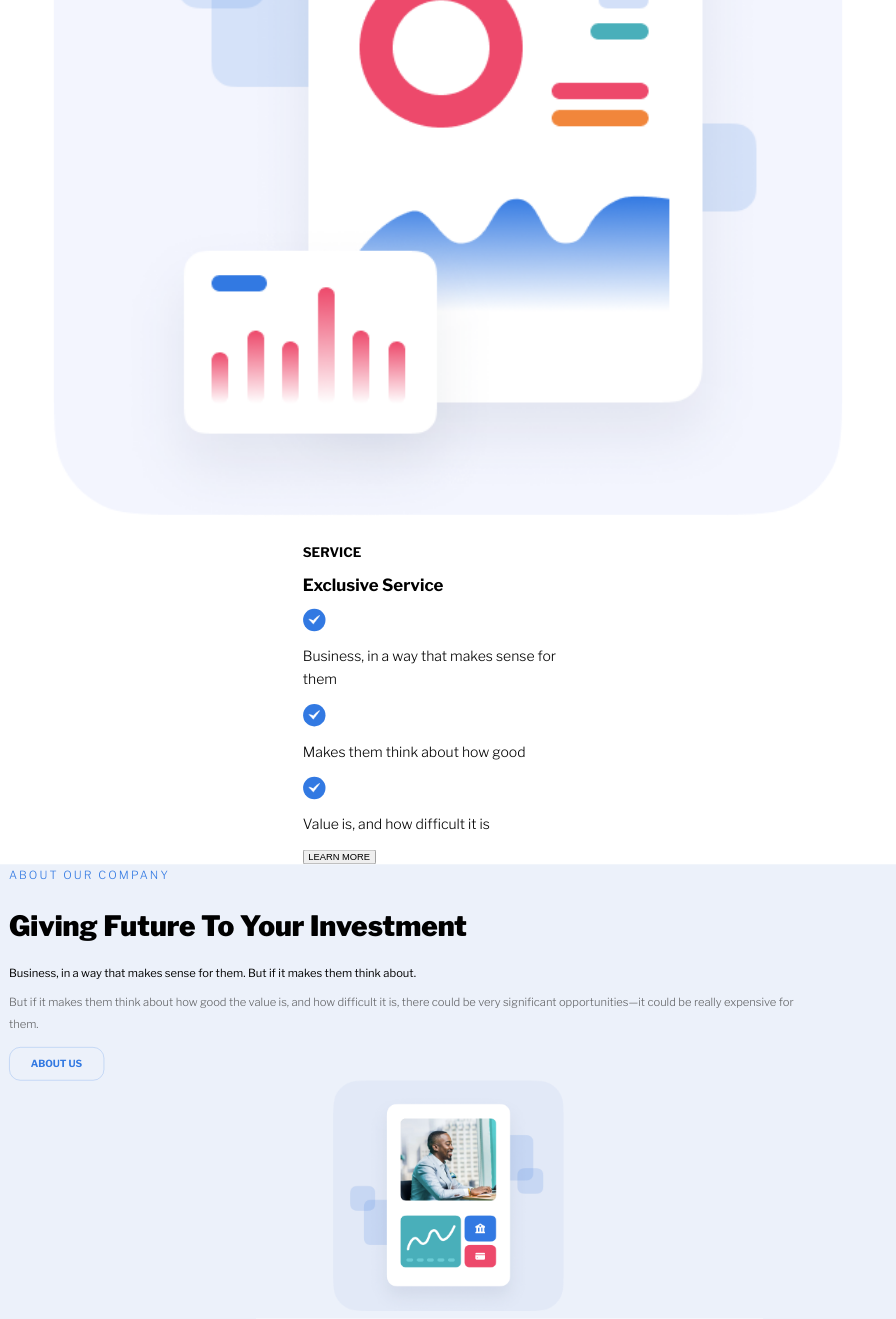
Repository: adryelfelipe/frontend-prova
Page: prova-figma/Prova/index.html
An editor plug-in stored every save of this project. The page is shown before and after a run of saves, followed by the edit.
The browser window is 1280 px wide. The pictures show the part of the page from y = 2034 to 3954 px (the page is 3918 px tall before and 3954 px after), at 70% of full size.

Above is the page before, as saved 2026-06-22 19:19:40.

After the next 3 saves:
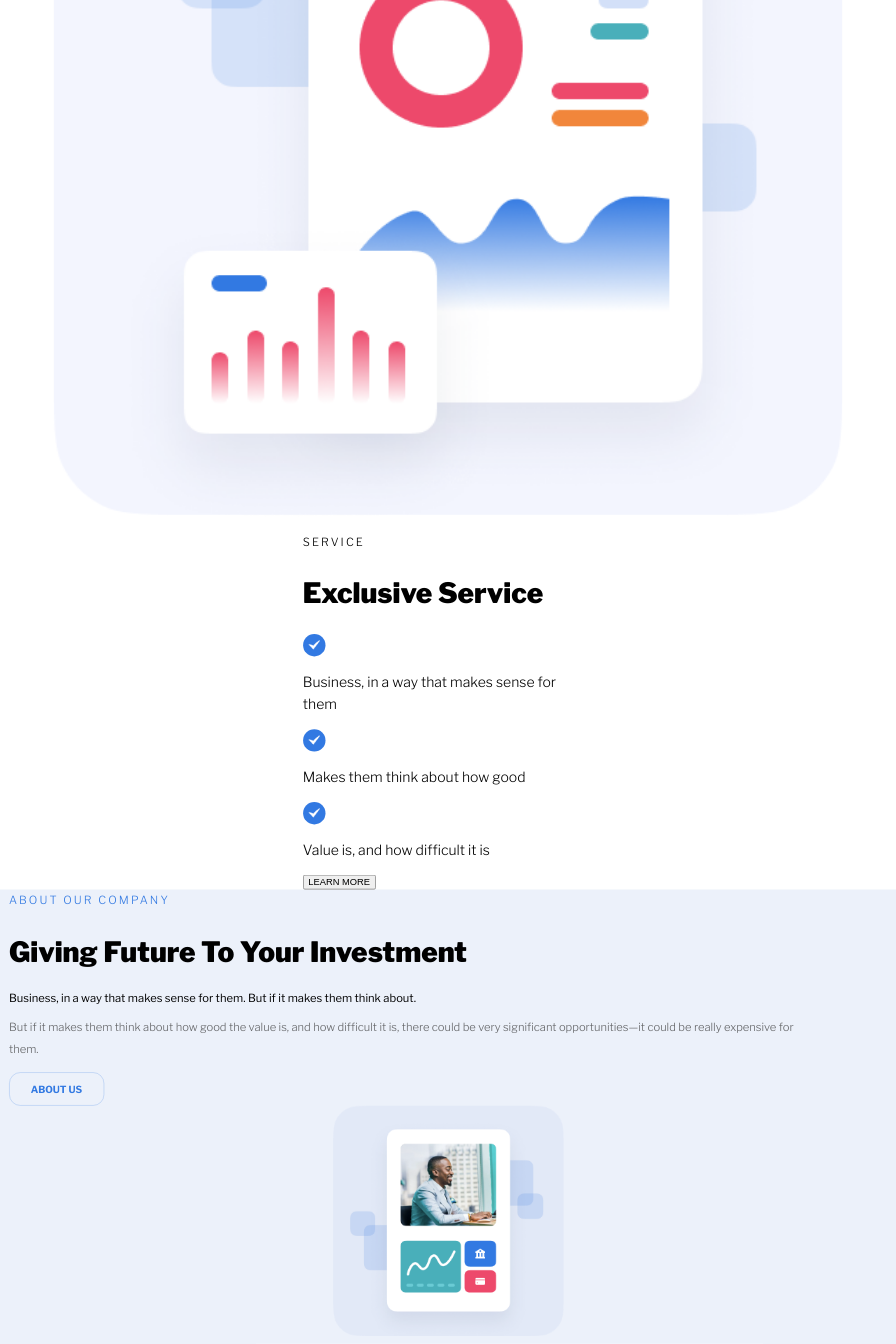
The 3 saves are shown as one change because they came seconds apart.
The last was saved 12 s later.
--- a/prova-figma/Prova/index.html
+++ b/prova-figma/Prova/index.html
@@ -73,8 +73,8 @@
             <img src="./assets/img/infos-section2.png" class="service-img" alt="">
 
             <article>
-                <h3>SERVICE</h3>
-                <h2 class="">Exclusive Service</h2>
+                <h3 class="subtitle-base">SERVICE</h3>
+                <h2 class="subtitle-secondary">Exclusive Service</h2>
 
                 <div>
                     <div class="bg-icon-correct">
